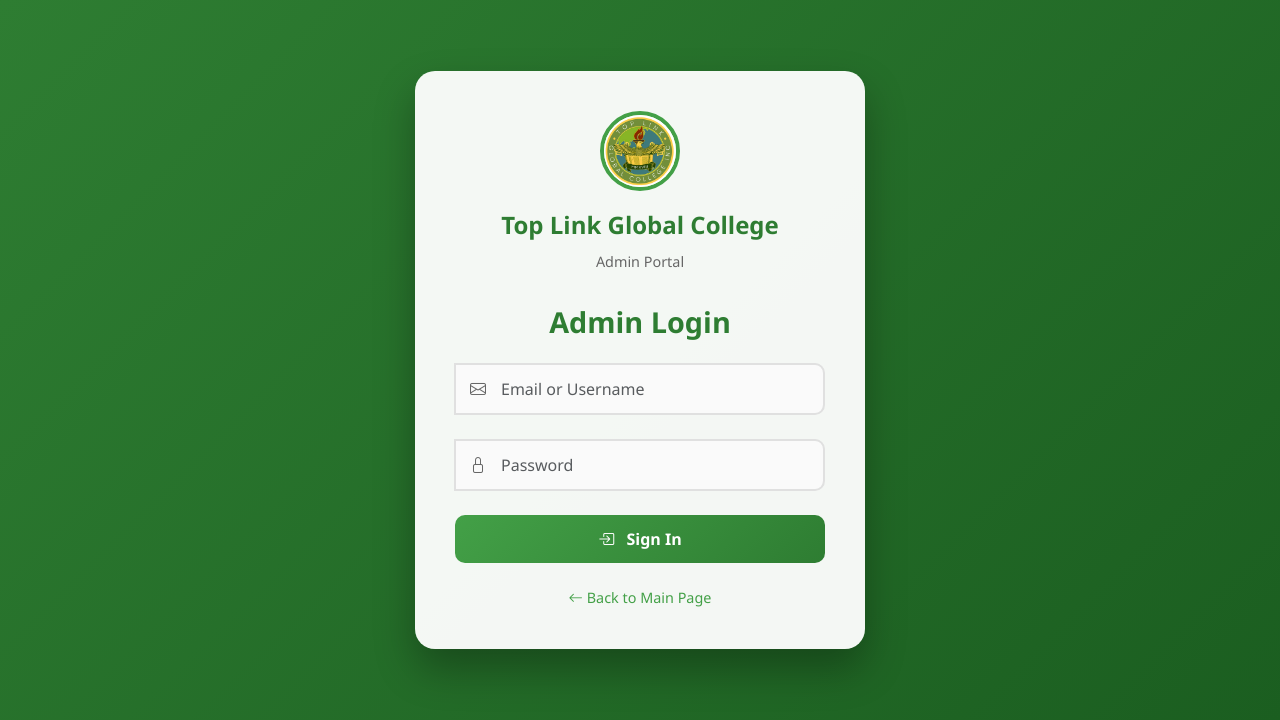
Repository: partymaker01/IT2C_Enrollment_System_SourceCode
Page: http://localhost/IT2C_Enrollment_System_SourceCode/logregfor/admin-login.php
An editor plug-in stored every save of this project. The page is shown before and after the next save, followed by the edit.
The browser window is 1280 px wide. The pictures show the whole page.
The page is run by PHP 8.4 with error messages shown; the project is at /var/www/html/.

Above is the page before, as saved 2025-06-08 22:52:18.

After the next save:
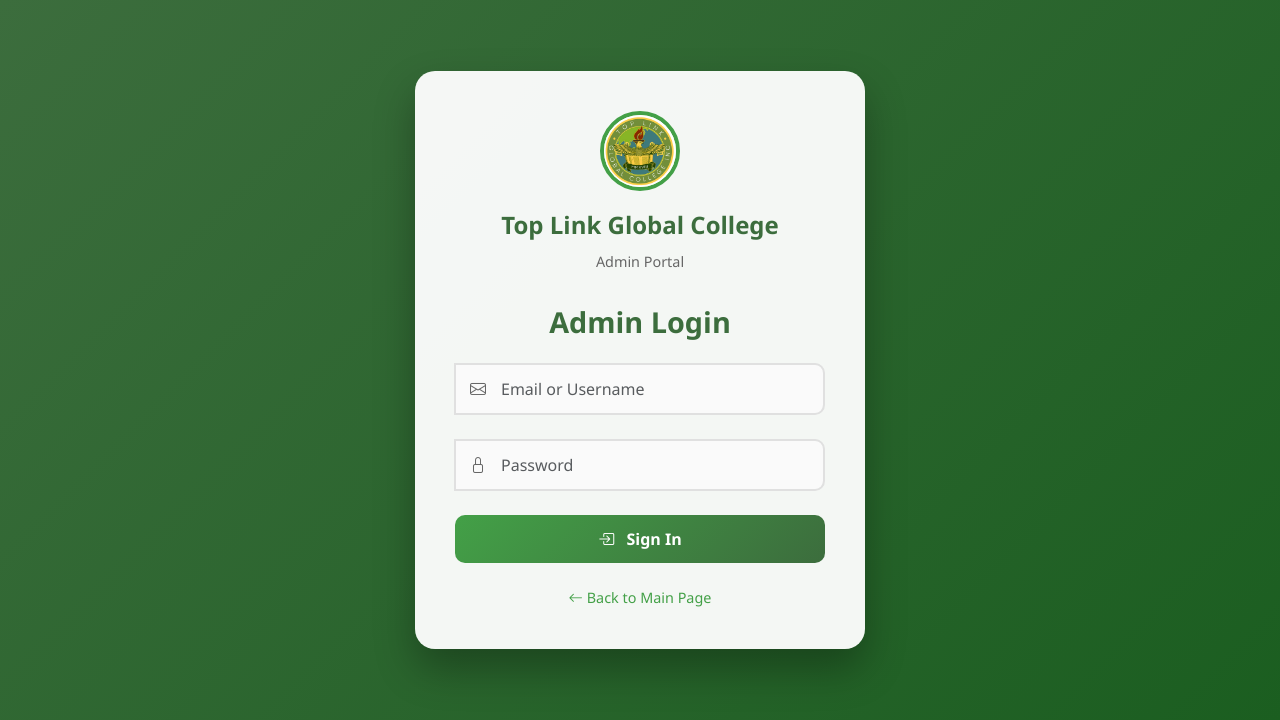
Saved 60 s later.
--- a/logregfor/admin-login.php
+++ b/logregfor/admin-login.php
@@ -58,7 +58,7 @@
     <link rel="icon" href="../picture/tlgc_pic.jpg" type="image/x-icon">
     <style>
         :root {
-            --primary-green: #2e7d32;
+            --primary-green: rgb(60, 109, 61);
             --light-green: #e8f5e9;
             --accent-green: #43a047;
             --hover-green: #c8e6c9;
